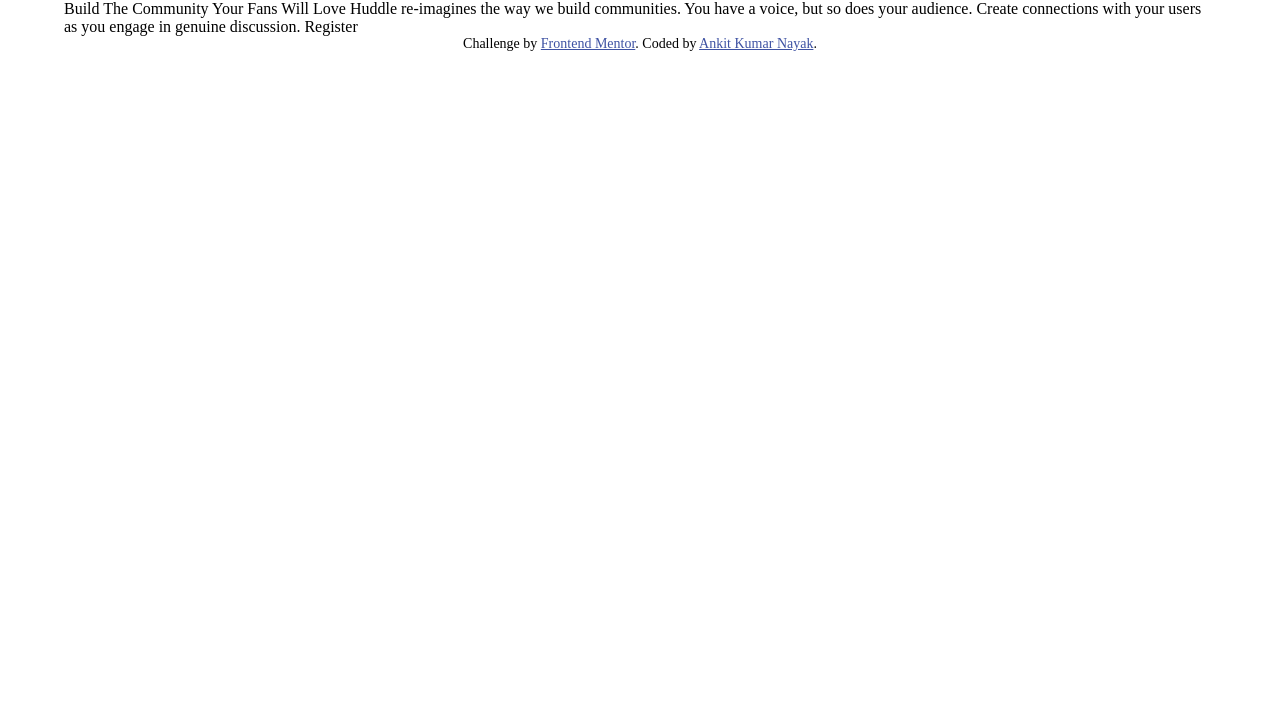
Repository: ankitnayak09/FrontEndMentor-Solutions
Page: huddle-landing-page-with-single-introductory-section-master/index.html
The author's editor kept a copy of each file at every save. The page is drawn from the files as they stood at one save, then again after a run of saves.
The browser window is 1280 px wide. The pictures show the whole page.

Above is the page before, as saved 2021-07-07 18:16:42.

After the next 6 saves:
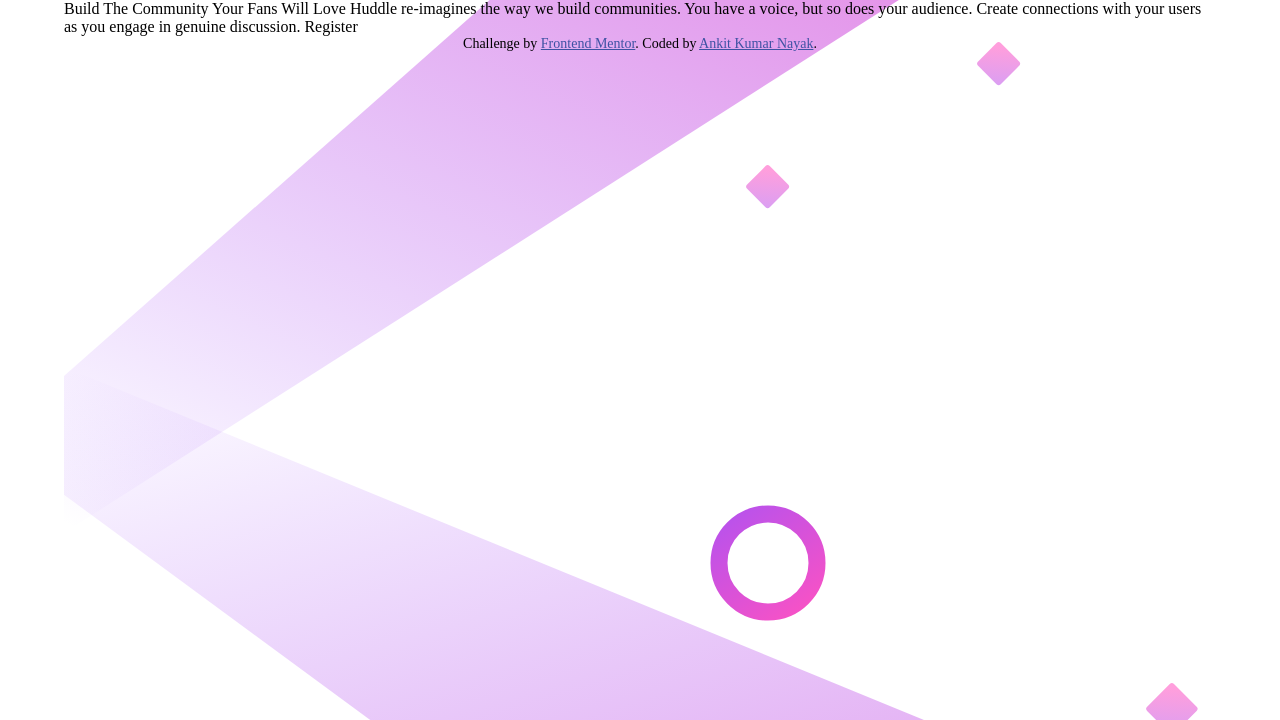
The 6 saves are shown as one change because they came seconds apart.
The last was saved 3 min 18 s later.
--- a/huddle-landing-page-with-single-introductory-section-master/style.css
+++ b/huddle-landing-page-with-single-introductory-section-master/style.css
@@ -8,4 +8,5 @@
     height: 100vh;
     width: 90vw;
     margin: auto;
+    background-image: url(images/bg-desktop.svg);
 }
